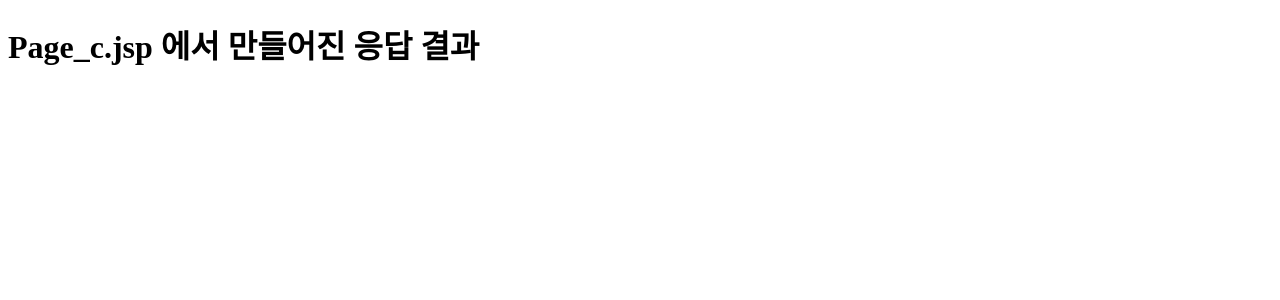
Repository: hhw9797/bitcampjn201904
Page: http://localhost/FirstWeb/actiontag/page_c.jsp
The author's editor kept a copy of each file at every save. The page is drawn from the files as they stood at one save, then again after the next save.
The browser window is 1280 px wide. The pictures show the whole page.
The page is served by Tomcat 9.

Above is the page before, as saved 2019-06-20 02:52:48.

After the next save:
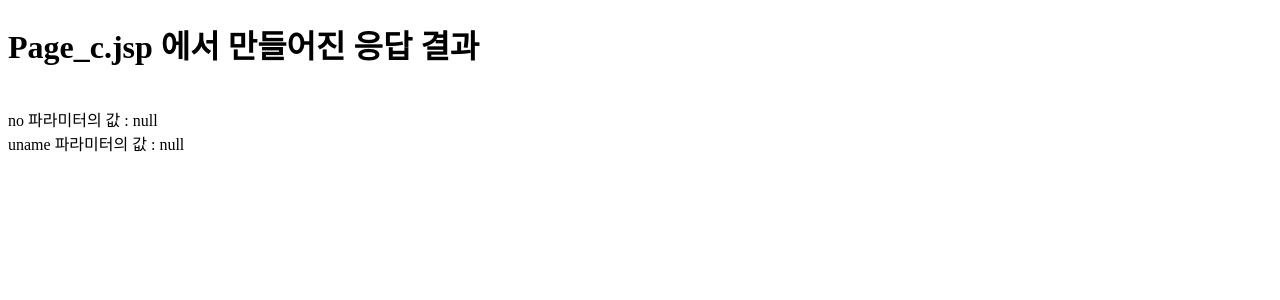
Saved 104 s later.
--- a/html/html5/jsp/FirstWeb/WebContent/actiontag/page_c.jsp
+++ b/html/html5/jsp/FirstWeb/WebContent/actiontag/page_c.jsp
@@ -12,5 +12,9 @@
 </head>
 <body>
 	<h1>Page_c.jsp 에서 만들어진 응답 결과</h1>
+		<br>
+		no 파라미터의 값 : <%= request.getParameter("num") %>
+		<br>
+		uname 파라미터의 값 : <%= request.getParameter("username") %>
 </body>
 </html>
